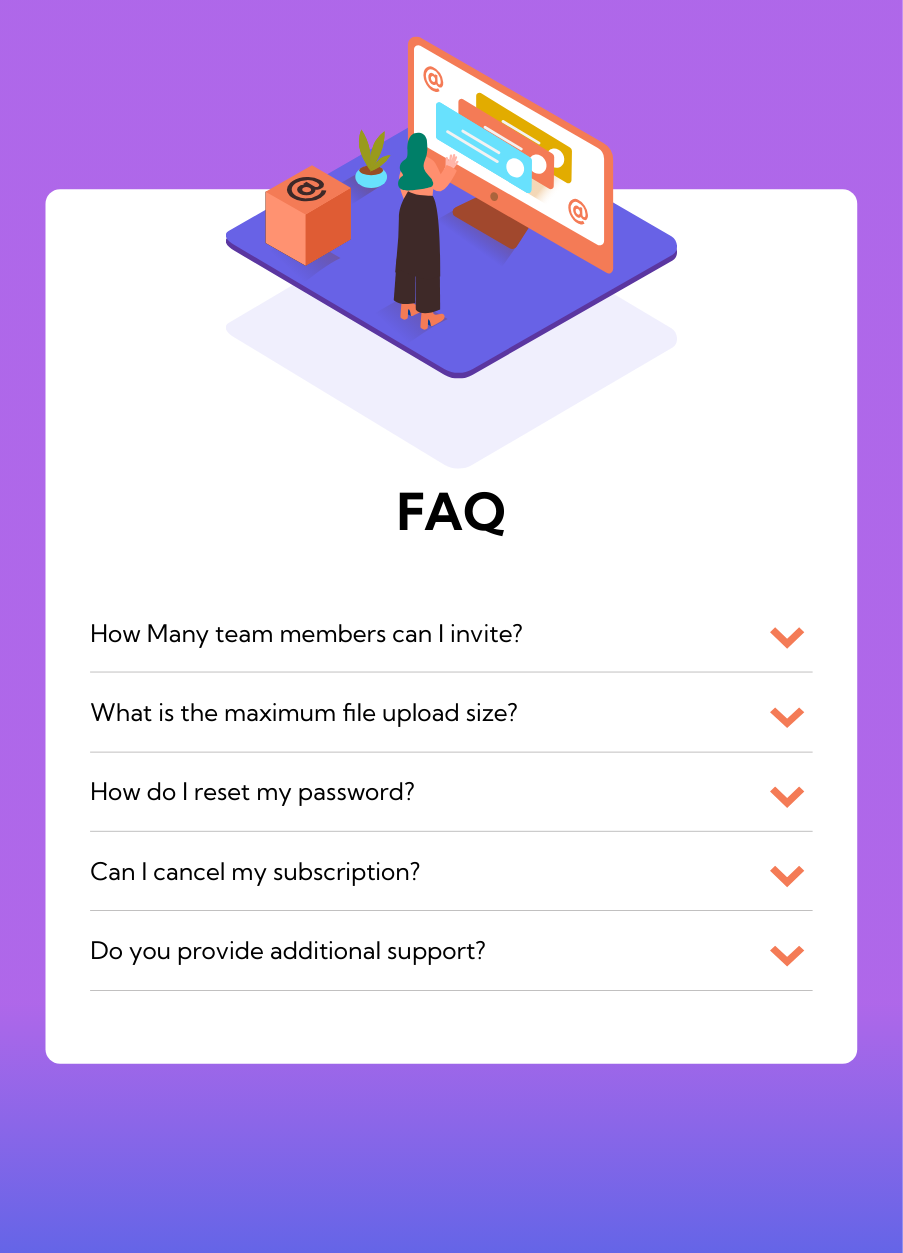
Repository: ryanwilll/ProjetoFAQ
Page: index.html
The author's editor kept a copy of each file at every save. The page is drawn from the files as they stood at one save, then again after the next save.
The browser window is 992 px wide. The pictures show the whole page, at 91% of full size.

Above is the page before, as saved 2022-10-26 19:55:40.

After the next save:
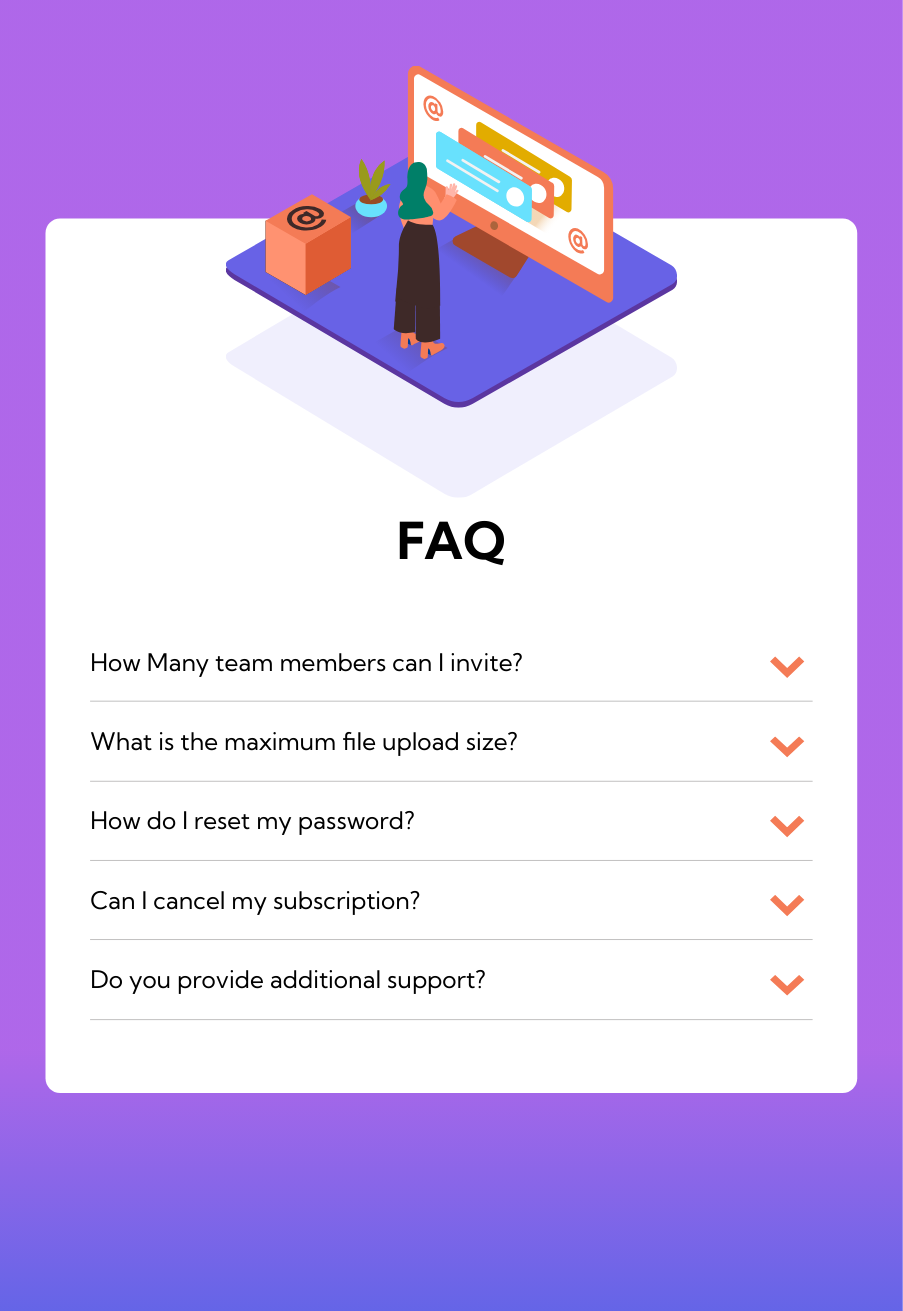
Saved 10 s later.
--- a/css/allmedia.css
+++ b/css/allmedia.css
@@ -47,7 +47,7 @@
   }
   .card-white {
     max-height: 100%;
-    margin: 13em auto;
+    margin: 15em auto;
     border-radius: 1em;
     padding-bottom: 5em;
   }
